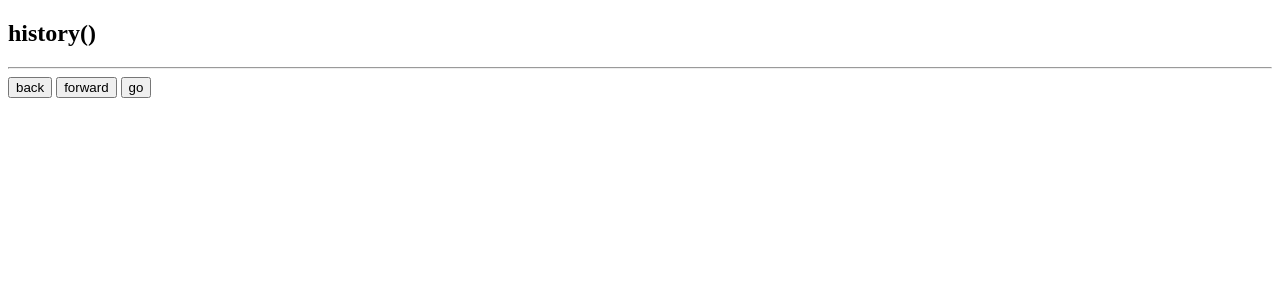
Repository: kimjoohye/study_WEB
Page: workspace/studyhtml5/WebContent/js/j08/h09.html
These files come from the project's save history. The page is drawn as it stood at one moment and after the next save; the edit follows.
The browser window is 1280 px wide. The pictures show the whole page.

Above is the page before, as saved 2022-05-06 03:32:25.

### workspace/studyhtml5/WebContent/js/j08/h09.html
<!DOCTYPE html>
<html>
<head>
<meta name="viewport" content="width=device-width,initial-scale=1.0">
<meta charset="UTF-8">
<!--스타일 시트 -->
<style type="text/css">

</style>

<title>Insert title here</title>
<!--자바스크립트 코드 -->
<script type="text/javascript"></script>
</head>
<body>
   <h2>history()</h2>
   <hr/>

   <button onclick="history.back();">back</button>
   <button onclick="history.forward();">forward</button>
   <button onclick="history.go(2);">go</button>

</body>
</html>

After the next save:
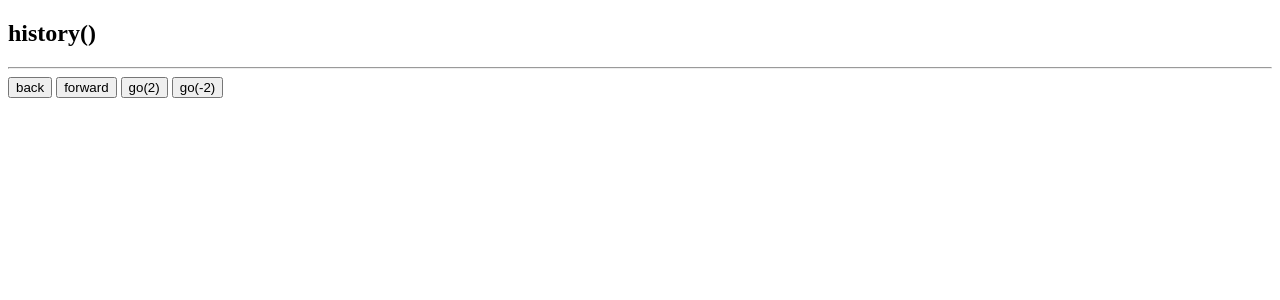
Saved 9 s later.
--- a/workspace/studyhtml5/WebContent/js/j08/h09.html
+++ b/workspace/studyhtml5/WebContent/js/j08/h09.html
@@ -18,7 +18,8 @@
 
    <button onclick="history.back();">back</button>
    <button onclick="history.forward();">forward</button>
-   <button onclick="history.go(2);">go</button>
+   <button onclick="history.go(2);">go(2)</button>
+   <button onclick="history.go(-2);">go(-2)</button>
 
 </body>
 </html>
